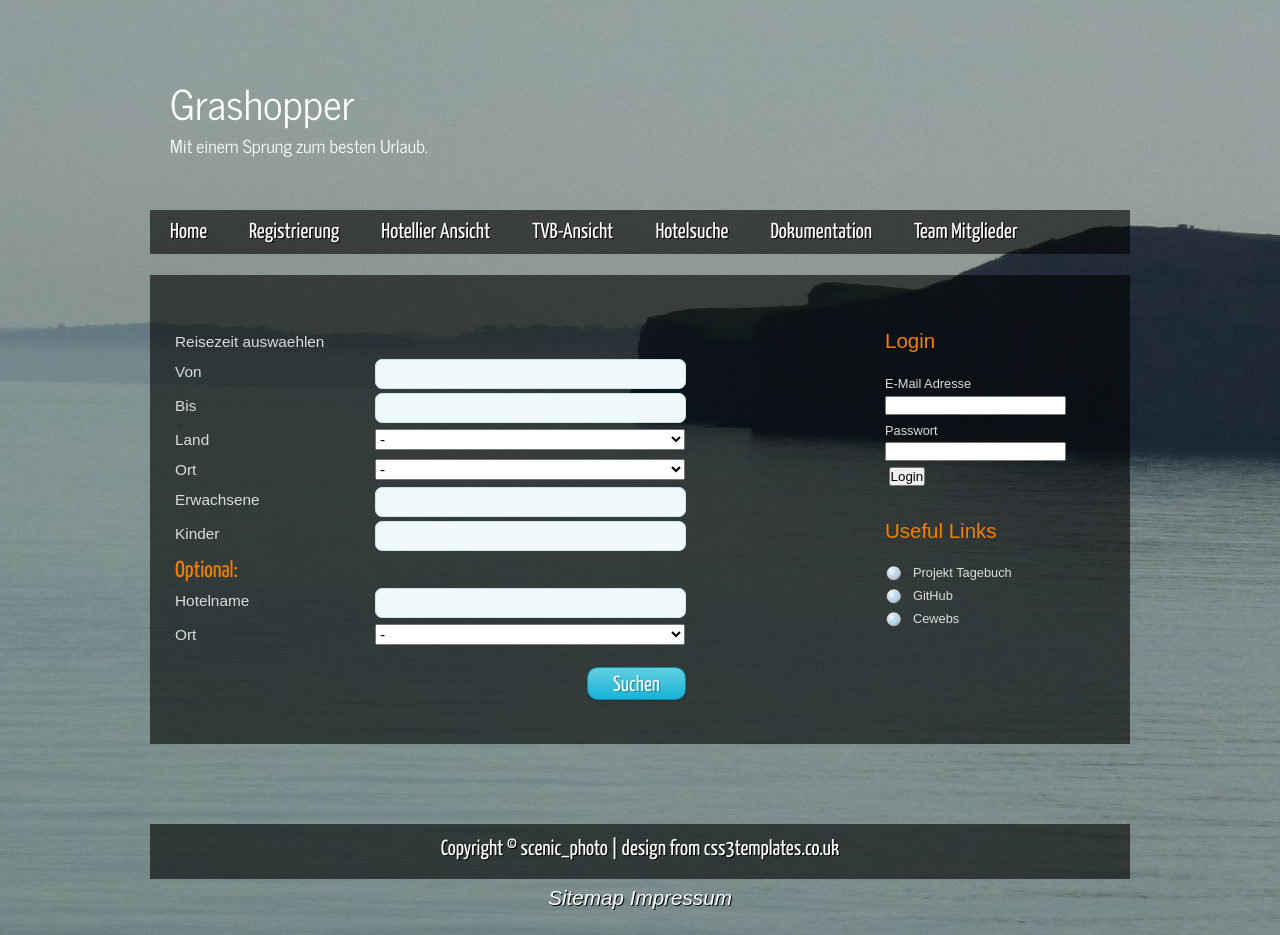
Repository: swe2013hotel2/grashopper
Page: http://localhost/Grasshopper/Hotelsuche.jsp
An editor plug-in stored every save of this project. The page is shown before and after the next save, followed by the edit.
The browser window is 1280 px wide. The pictures show the whole page.
Backgrounds fixed to the window are drawn as part of the page. The page is served by Tomcat 9.

Above is the page before, as saved 2013-12-10 19:16:25.
Console error: ReferenceError: jQuery is not defined

After the next save:
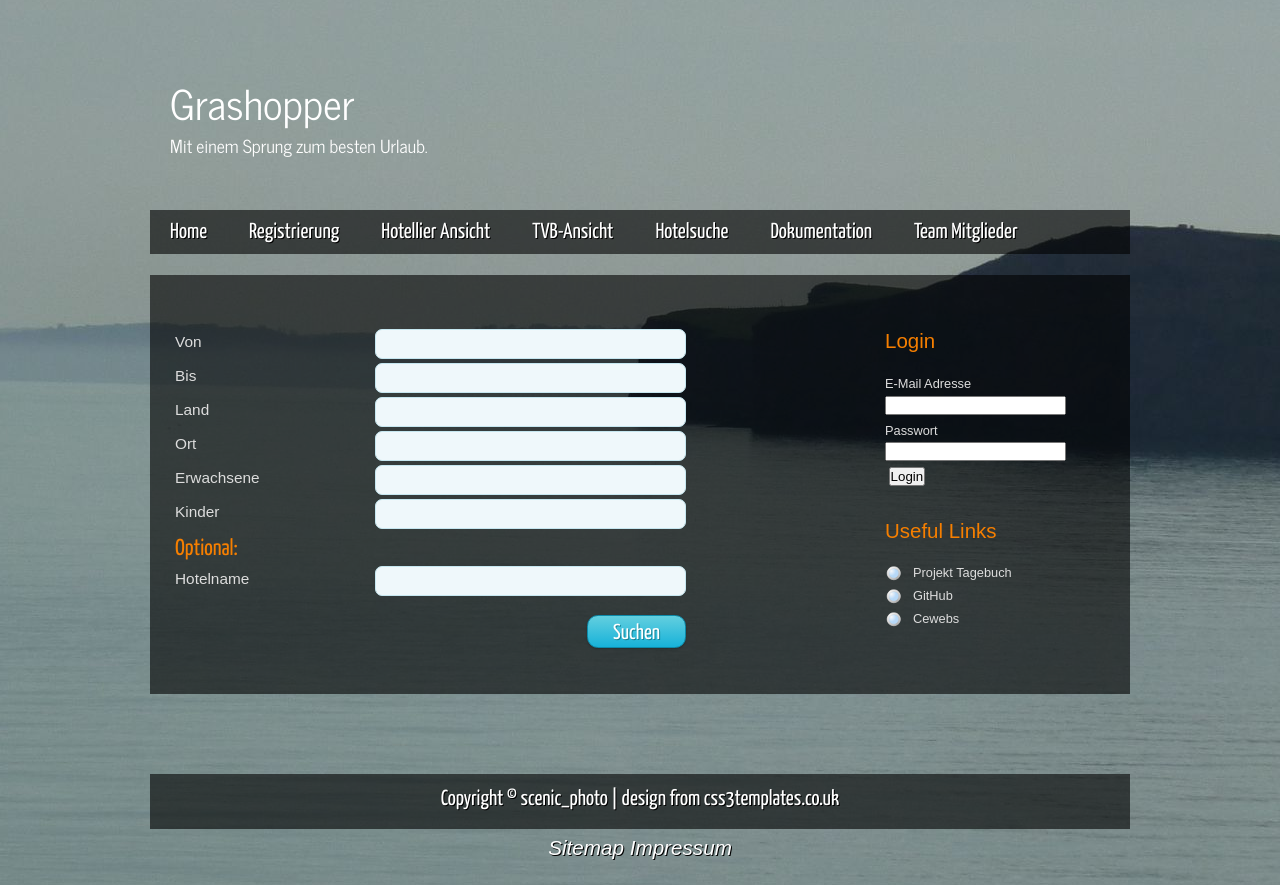
Saved 7 min 30 s later.
--- a/workspaceJSP2/Grasshopper/WebContent/Hotelsuche.jsp
+++ b/workspaceJSP2/Grasshopper/WebContent/Hotelsuche.jsp
@@ -7,45 +7,14 @@
    <form action="Hotelsuche" action="Hotelsuche" method="post">
       <div class="form_settings">
 
-        <p>Reisezeit auswaehlen</p>
-        <p><span><label for="from">Von</label></span><input type="text" id="from" name="from"></p>
-		    <p><span><label for="to">Bis</label></span><input type="text" id="to" name="to"></p>
-
-
-        <p><span>Land</span><select id="id" name="name">
-          <option value="1">-</option>
-          <option value="2">Österreich</option>
-          <option value="3">Bosnien</option>
-          <option value="4">Deutschland</option>
-          <option value="5">Frankreich</option>
-          <option value="6">Australien</option>
-        </select></p>
-
-        <p><span>Ort</span><select id="id" name="name">
-          <option value="1">-</option>
-          <option value="2">Linz</option>
-          <option value="3">Wien</option>
-          <option value="4">München</option>
-          <option value="5">Paris</option>
-          <option value="6">Sydney</option>
-        </select></p>
-
-
-        <p><span>Erwachsene</span><input type="text" name="name" value="" /></p>
-        <p><span>Kinder</span><input type="text" name="name" value="" /></p>
-
-        <h4>Optional:</h4>
-
-        <p><span>Hotelname</span><input type="text" name="name" value="" /></p>
-
-        <p><span>Ort</span><select id="id" name="name">
-          <option value="1">-</option>
-          <option value="2">1</option>
-          <option value="3">2</option>
-          <option value="4">3</option>
-          <option value="5">4</option>
-          <option value="6">5</option>
-        </select></p>
+         <p><span>Von</span><input type="text" name="von" value="" /></p>
+		 <p><span>Bis</span><input type="text" name="bis" value="" /></p>
+       	 <p><span>Land</span><input type="text" name="land" value="" /></p>
+      	 <p><span>Ort</span><input type="text" name="ort" value="" /></p>
+      	 <p><span>Erwachsene</span><input type="text" name="name" value="" /></p>
+         <p><span>Kinder</span><input type="text" name="name" value="" /></p>
+		 <h4>Optional:</h4>
+      	 <p><span>Hotelname</span><input type="text" name="name" value="" /></p>
 
         <p style="padding-top: 15px"><span>&nbsp;</span><input class="submit" type="submit" name="name" value="Suchen" onclick="redirect()"></p>
       </div>
